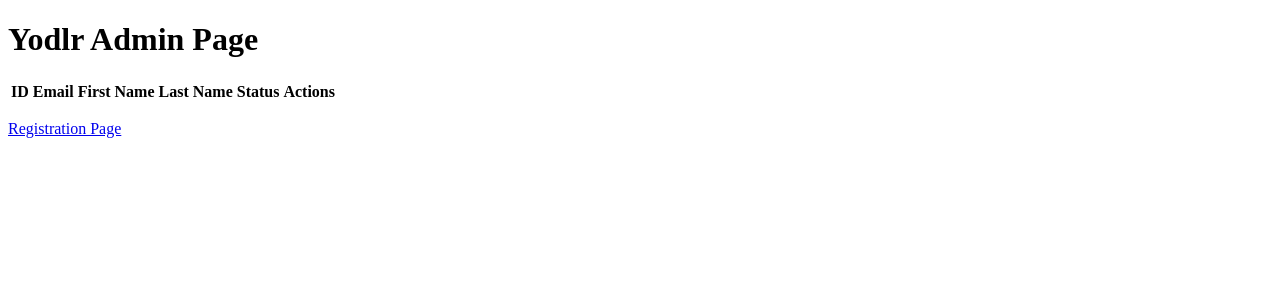
Repository: rmdayberry/yodlr-take-home
Page: public/admin.html
These files come from the project's save history. The page is drawn as it stood at one moment and after the next save; the edit follows.
The browser window is 1280 px wide. The pictures show the whole page.
The page's requests for data from a server got no answer.

Above is the page before, as saved 2024-10-08 15:13:56.
Console error: TypeError: Cannot read properties of undefined (reading 'message')

After the next save:
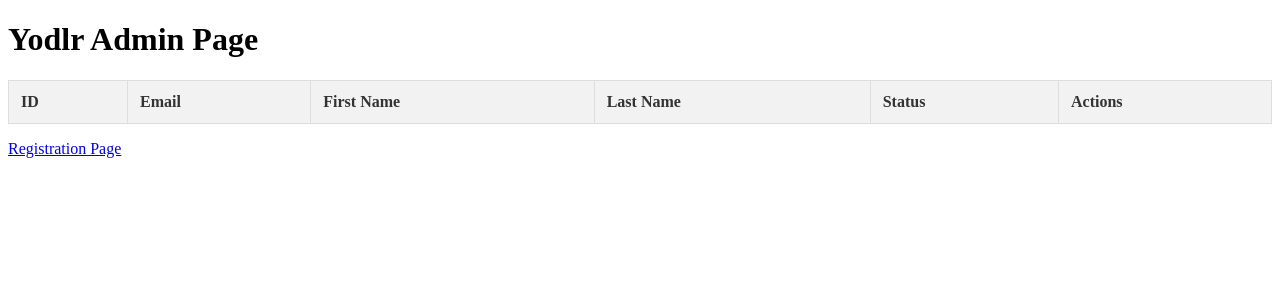
Saved 5 min 38 s later.
--- a/public/admin.html
+++ b/public/admin.html
@@ -3,6 +3,7 @@
   <head>
     <meta charset="utf-8" />
     <title>Yodlr Admin Page</title>
+    <link rel="stylesheet" href="css/admin.css" />
     <script src="https://code.jquery.com/jquery-3.6.0.min.js"></script>
     <script>
       $(document).ready(function () {
